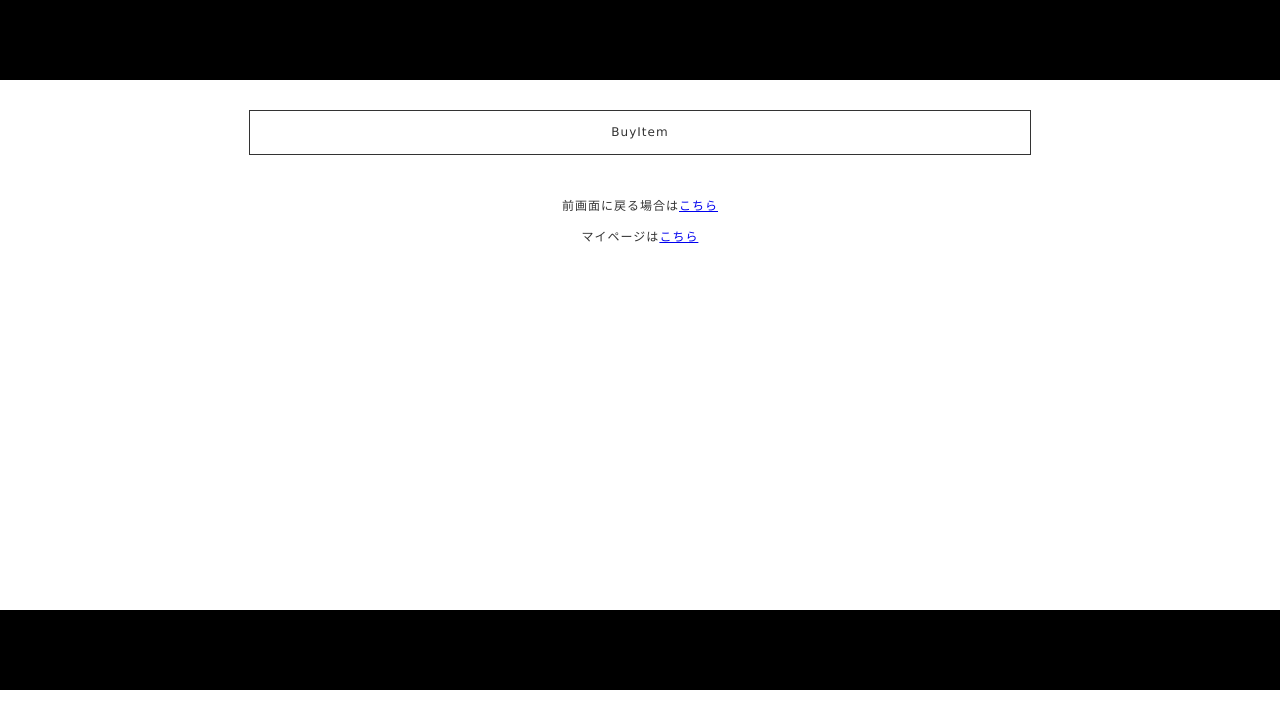
Repository: RYOYAEGAWA/test
Page: http://localhost/ecsite_a/buyItem.jsp
The author's editor kept a copy of each file at every save. The page is drawn from the files as they stood at one save, then again after the next save.
The browser window is 1280 px wide. The pictures show the whole page.
The page is served by Tomcat 9.

Above is the page before, as saved 2018-05-22 04:35:59.

After the next save:
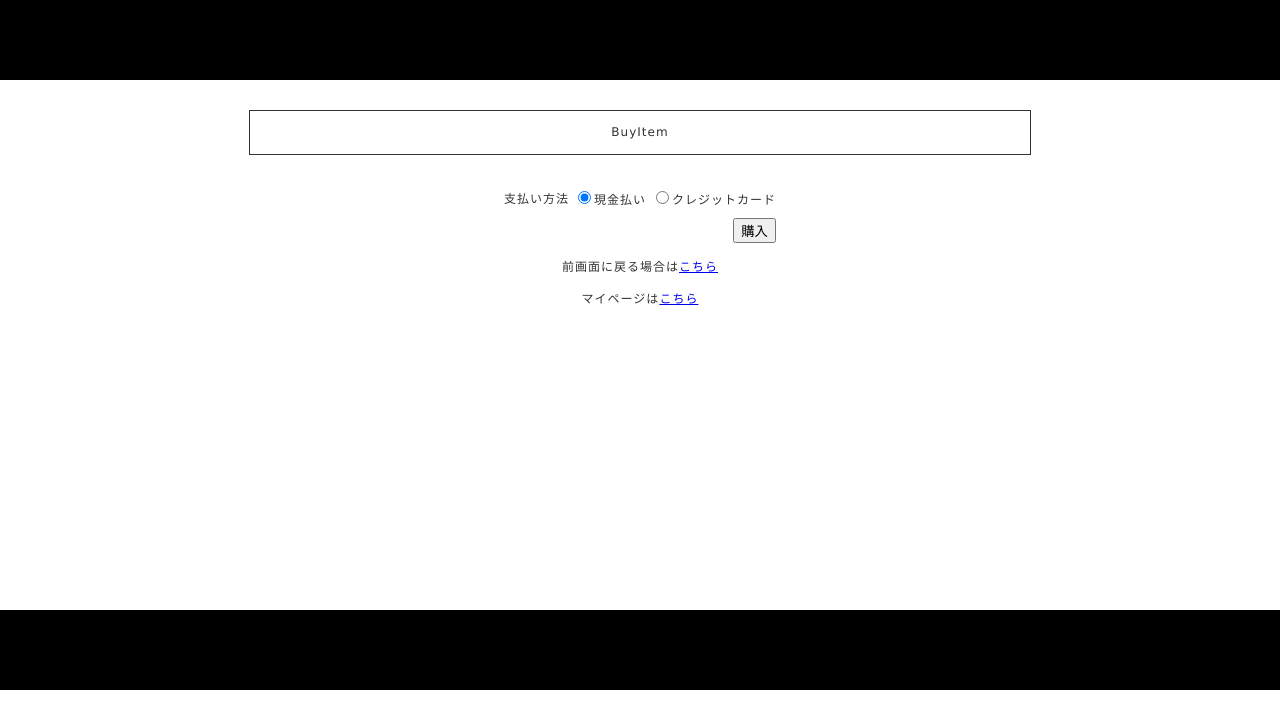
Saved 10 min 0 s later.
--- a/java/Eclipse_Data/ecsite_a/WebContent/buyItem.jsp
+++ b/java/Eclipse_Data/ecsite_a/WebContent/buyItem.jsp
@@ -71,12 +71,11 @@
 		<table>
 		<s:form action="BuyItemAction">
 
+          <!-- 商品情報取得 -->
 		<s:iterator value="session.AllItem">
 
 
 			<div class="item_description">
-
-
 			<img class="image" style="width:300px; height:250px;" src="<s:property value='image_file_path'/>" >
 
 			<br><br>
@@ -109,6 +108,10 @@
 				</s:else>
 			</div>
 
+
+
+	</s:iterator>
+
 					<tr>
 							<td>
 									<span>支払い方法</span>
@@ -123,10 +126,6 @@
 									<s:submit value="購入"/>
 							</td>
 					</tr>
-
-	</s:iterator>
-
-
 
 
 
